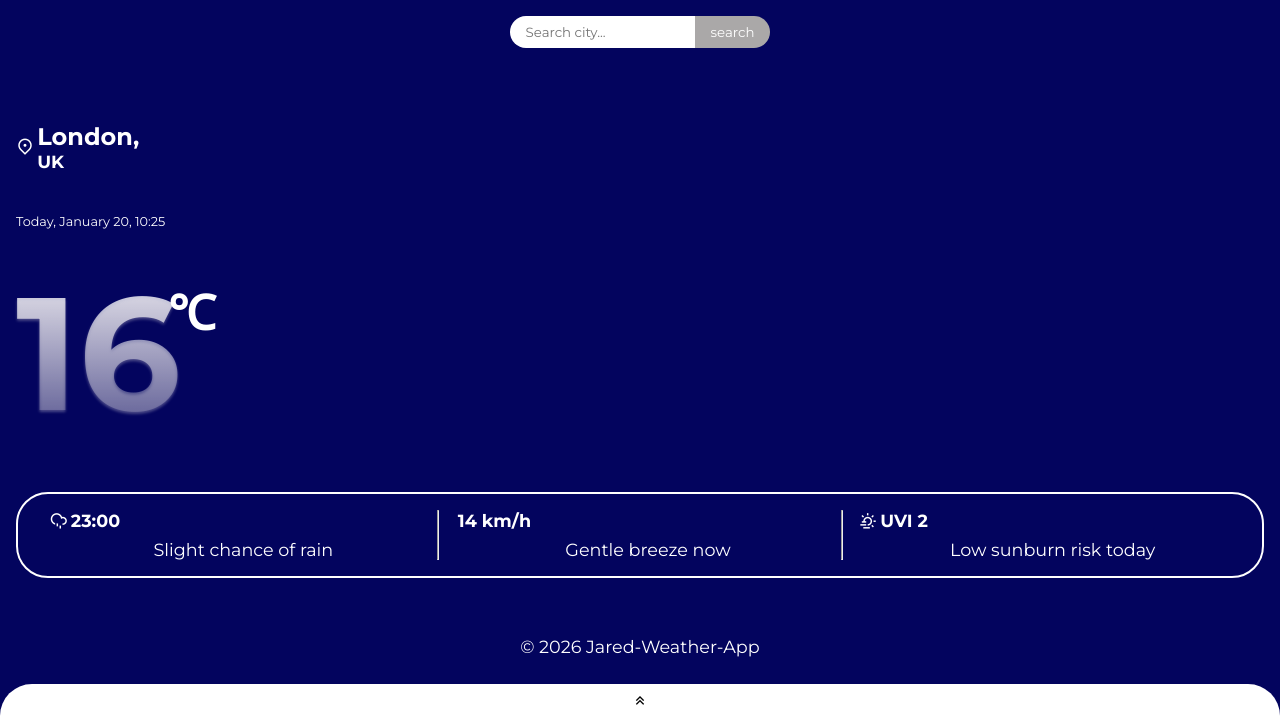
Repository: EguJaredoBoyd/Jared-Weather-App
Page: main.html
These files come from the project's save history. The page is drawn as it stood at one moment and after the next save; the edit follows.
The browser window is 1280 px wide. The pictures show the whole page.
Some icons come from a web library that is not loaded, so they are not drawn. Some web libraries are served in a nearby version.

Above is the page before, as saved 2026-02-04 18:01:08.

### main.html
<!doctype html>
<html lang="en">
  <head>
    <meta charset="UTF-8" />
    <meta name="viewport" content="width=device-width, initial-scale=1.0" />
    <link rel="preconnect" href="https://fonts.googleapis.com" />
    <link rel="preconnect" href="https://fonts.gstatic.com" crossorigin />
    <link
      href="https://fonts.googleapis.com/css2?family=Montserrat:ital,wght@0,100..900;1,100..900&display=swap"
      rel="stylesheet"
    />
    <link
      href="https://cdn.jsdelivr.net/npm/remixicon@4.8.0/fonts/remixicon.css"
      rel="stylesheet"
    />
    <link rel="stylesheet" href="./css/styles.css" />
    <script src="./js/main.js" defer></script>
    <script src="./js/weather.js" defer></script>
    <title>Jared-Weather-App</title>
  </head>
  <body class="weather-app">
    <div class="weather-app__container">
      <header>
        <div class="search-place">
          <input
            type="text"
            placeholder="Search city..."
            aria-label="Search city"
            id="search-input"
          />
          <button id="search-button">search</button>
        </div>
      </header>
      <main>
        <section class="current-weather">
          <div class="place-searched">
            <i class="ri-map-pin-2-line"></i>
            <div class="place-name">
              <h3 class="city-name">London,</h3>
              <h3 id="country-name">UK</h3>
            </div>
          </div>
          <div class="date-today">
            <time datetime="2026-01-20T10:25">Today, January 20, 10:25</time>
          </div>
          <div class="place-temperature">
            <span class="place-temperature__measure"><h3>16</h3></span>
            <span class="place-temperature__degree"><h3>℃</h3></span>
          </div>
          <div class="place-forecast">
            <article class="forecast-item forecast-item--weather">
              <div>
                <span><i class="ri-drizzle-line"></i></span>
                <time datetime="23:00"> <h4>23:00</h4></time>
              </div>
              <p>Slight chance of rain</p>
            </article>
            <hr />

            <article class="forecast-item forecast-item--wind">
              <div>
                <span><i class="ri-arrow-right-up-long-line"></i></span>
                <h4>14 km/h</h4>
              </div>
              <p>Gentle breeze now</p>
            </article>
            <hr />

            <article class="forecast-item forecast-item--uv">
              <div>
                <span><i class="ri-sun-foggy-line"></i></span>
                <h4>UVI 2</h4>
              </div>
              <p>Low sunburn risk today</p>
            </article>
          </div>
        </section>
        <section class="swipe-section" aria-hidden="true" id="swipe-section">
          <!-- Slide for the hourly and daily forecast -->
          <button class="sheet-handle" id="sheet-handle" aria-expanded="false">
            <i class="ri-arrow-up-double-line" id="icon-handle"></i>
          </button>

          <div class="swipe-forecast">
            <!-- Hourly Forecast -->
            <article class="sheet-card hourly-forecast">
              <h4>Hourly Forecast</h4>

              <ul class="hourly-list">
                <li class="hour">
                  <time datetime="2026-01-27T13:00">1 PM</time>
                  <img src="" alt="Cloudy weather" />
                  <span class="temp">18°</span>
                </li>
              </ul>
            </article>

            <!-- 7-Day Forecast -->
            <article class="sheet-card daily-forecast">
              <h4>7-Day Forecast</h4>

              <ul class="daily-list">
                <li class="day">
                  <span class="day-name">Mon</span>
                  <img src="" alt="Rainy weather" />
                  <span class="temp-range">16° / 22°</span>
                </li>
              </ul>
            </article>

            <!-- Weather Metrics -->
            <article class="sheet-card weather-metrics">
              <h4>Weather Details</h4>

              <dl class="metrics-grid">
                <div class="metric">
                  <dt>Wind</dt>
                  <dd>14 km/h</dd>
                </div>

                <div class="metric">
                  <dt>Humidity</dt>
                  <dd>62%</dd>
                </div>

                <div class="metric">
                  <dt>Pressure</dt>
                  <dd>1013 hPa</dd>
                </div>
              </dl>
            </article>

            <!-- Sun Times -->
            <article class="sheet-card sun-times">
              <h4>Sun</h4>

              <dl class="sun-grid">
                <div>
                  <dt>Sunrise</dt>
                  <dd>
                    <time datetime="2026-01-27T06:34">6:34 AM</time>
                  </dd>
                </div>

                <div>
                  <dt>Sunset</dt>
                  <dd>
                    <time datetime="2026-01-27T18:52">6:52 PM</time>
                  </dd>
                </div>
              </dl>
            </article>
          </div>
        </section>
      </main>
      <footer>
        <div><p>&copy; 2026 Jared-Weather-App</p></div>
      </footer>
    </div>
  </body>
</html>

### css/styles.css
/* ==== CSS RESET ==== */
*,
*::before,
*::after {
  margin: 0;
  padding: 0;
  box-sizing: border-box;
  /* outline: 1px solid red; */
}

:root {
  --background-color: #03045e;
  --text-color: white;
  --font: "Montserrat", sans-serif;
}

html {
  font-size: 16px;
  height: 100%;
}

body {
  background-color: var(--background-color);
  color: var(--text-color);
  height: 100%;
  font-family: var(--font);
}

h1,
h2,
h3,
h4,
h5,
h6 {
  font-size: clamp(0.5rem, 3vw, 1.1rem);
}

p {
  font-size: clamp(0.5rem, 2.5vw, 1.1rem);
}

.weather-app__container {
  display: flex;
  flex-direction: column;
  min-height: 100dvh;
}

.search-place {
  display: flex;
  justify-content: center;
  padding: 1rem;
}

.search-place input {
  padding: 0.5rem 1rem;
  border: none;
  border-bottom-left-radius: 1rem;
  border-top-left-radius: 1rem;
  font-family: var(--font);
  outline: none;
}

.search-place button {
  border: none;
  border-top-right-radius: 1rem;
  border-bottom-right-radius: 1rem;
  padding: 0.5rem 1rem;
  font-family: var(--font);
  margin-left: -1rem;
  background: rgb(170, 168, 168);
  color: var(--text-color);
}

main {
  display: flex;
  flex-direction: column;
  padding: 1rem;
}

.current-weather {
  display: flex;
  flex-direction: column;
  justify-content: space-evenly;
  /* row-gap: clamp(2.5rem, 2.5vw, 5rem); */
  min-height: 75dvh;
}

.place-searched {
  display: flex;
  align-items: center;
  column-gap: 0.2rem;
  font-size: large;
}

.place-time {
  display: flex;
  background-color: red;
}

.city-name {
  font-size: clamp(0.5rem, 6vw, 1.5rem);
}

.date-today {
  font-size: clamp(0.5rem, 3vw, 0.8rem);
}

.place-temperature {
  display: flex;
  align-items: center;
  position: relative;
  margin-top: -1rem;
}

.place-temperature__measure h3 {
  font-size: clamp(5rem, 38vw, 10rem);
  background: linear-gradient(to bottom, white, var(--background-color));
  -webkit-background-clip: text;
  background-clip: text;
  -webkit-text-fill-color: transparent;
  text-shadow: 0 2px 3px rgba(243, 235, 235, 0.3);
}

.place-temperature__degree h3 {
  font-size: clamp(1.5rem, 20vw, 3rem);
  position: absolute;
  top: 1.5rem;
  left: clamp(4rem, 40vw, 9.5rem);
}

.place-forecast {
  display: flex;
  justify-content: center;
  border: 2px solid white;
  border-radius: 2rem;
  padding: 1rem;
}

.forecast-item {
  padding-left: 1rem;
  width: 100%;
  max-width: 100%;
}

.forecast-item div {
  display: flex;
  column-gap: 0.2rem;
  margin-bottom: 0.5rem;
  font-size: clamp(0.5rem, 3vw, 1.1rem);
}

.forecast-item p {
  font-size: clamp(0.5rem, 2.5vw, 1.1rem);
  text-align: center;
}

/* Swipe section styles */

.swipe-section {
  position: fixed;
  min-height: 100dvh;
  top: 95%;
  right: 0;
  left: 0;
  transition: transform 2s ease;
  background-color: var(--text-color);
  color: var(--background-color);
  border-radius: 2rem;
}

.swipe-section.is-open {
  transform: translateY(-80%);
}

.no-scroll {
  overflow: hidden;
}

.swipe-section button {
  margin: 0.5rem auto;
  display: flex;
  justify-self: center;
  background: none;
  border: none;
}

.swipe-section button i {
  font-size: 1rem;
}

.swipe-forecast {
  display: grid;
  grid-template-columns: repeat(3, 1fr);
  gap: 2rem;
}

.sheet-card {
  font-size: clamp(0.5rem, 2.5vw, 1.1rem);
  padding: 1rem;
}

.sheet-card ul {
  list-style-position: inside;
}

footer div p {
  text-align: center;
}

### js/main.js
//Target all the buttons necessary
const swipeSection = document.getElementById("swipe-section");
const sheetHandle = document.getElementById("sheet-handle");
const iconHandle = document.getElementById("icon-handle");

//Create a function to handle swipe
function handleSwipe() {
  sheetHandle.addEventListener("click", () => {
    const isOpen = swipeSection.classList.toggle("is-open");

    //Add accessibilty and optimization
    swipeSection.setAttribute("aria-hidden", !isOpen);
    sheetHandle.setAttribute("aria-expanded", isOpen);

    //Statement to switch icons
    iconHandle.className = isOpen
      ? "ri-arrow-down-double-line"
      : "ri-arrow-up-double-line";

    //Add a class to handle the scroll
    document.body.classList.toggle("no-scroll");
  });
}

handleSwipe();

### js/weather.js
//My API key 56d08a907c0260865bb8f620502bfcbf
const WEATHER_API_KEY = "56d08a907c0260865bb8f620502bfcbf";

//Target my button and search input for city
const searchInput = document.getElementById("search-input");
const searchButton = document.getElementById("search-button");

//Target The innerHTMLs for manipulation
const cityName = document.querySelector(".city-name");
const countryName = document.getElementById("country-name");

//Create function to ask for weather app
async function fetchWeather(city) {
  try {
    const apiResponse = await fetch(
      `https://api.openweathermap.org/data/2.5/forecast?q=${city}&units=metric&appid=${WEATHER_API_KEY}`,
    );

    const apiData = await apiResponse.json();
    console.log(apiData);

    const countryDataDisplay = apiData.city;
    const weatherDataDisplay = apiData.list[0];

    const cityDate = apiData.list[0];

    //Display the country
    console.log(countryDataDisplay.name);
    console.log(countryDataDisplay.country);

    //Display the date of the city
    const currentDateTime = cityDate.dt * 1000;
    const date = new Date(currentDateTime);
    const timeZone = apiData.city.timezone * 1000;
    const localDate = Date.now();

    console.log(
      date.toLocaleDateString("en-GB", {
        weekday: "short",
        month: "short",
        day: "numeric",
      }),
    );

    console.log(localDate.toLocaleString("en-GB"));

    console.log(apiData.list[0].main.temp);
    console.log(apiData.list[0].weather[0].description);
  } catch (error) {
    console.error(error.message);
  }
}

//Search for city
searchButton.addEventListener("click", () => {
  const city = searchInput.value.trim();
  if (!city) return;

  fetchWeather(city);
});

After the next save:
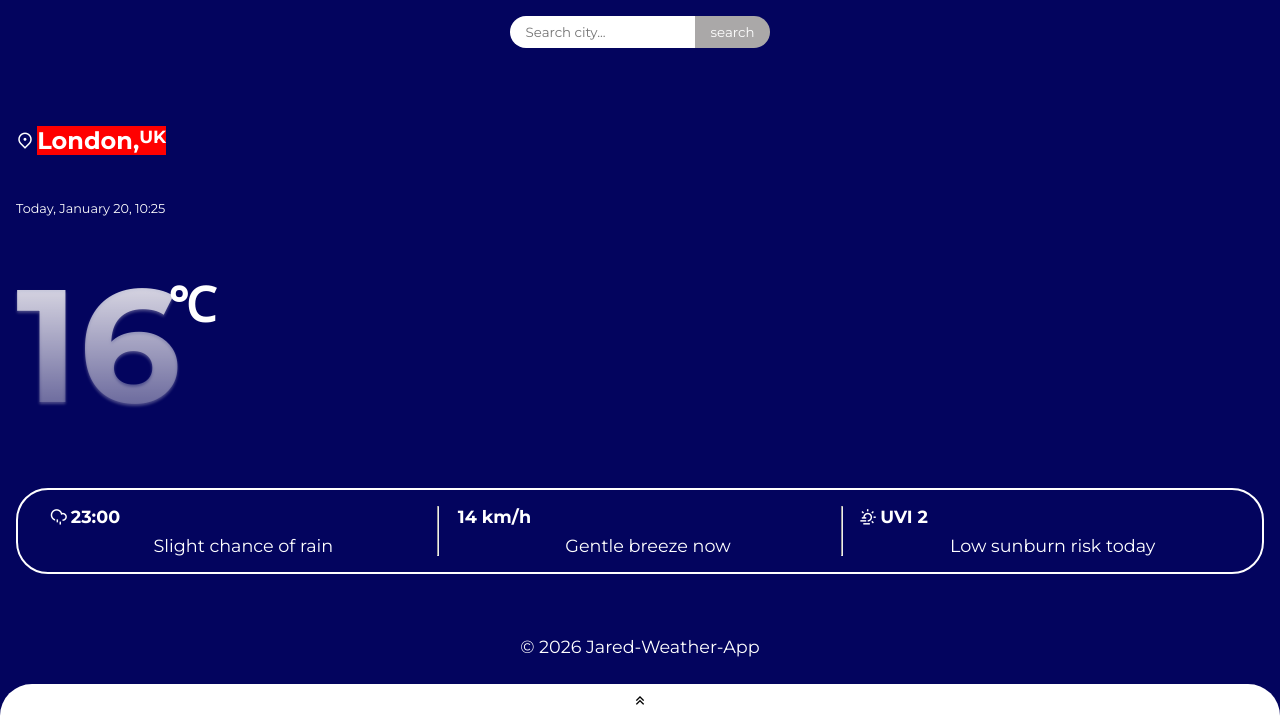
Saved 29 s later.
--- a/css/styles.css
+++ b/css/styles.css
@@ -92,7 +92,7 @@ main {
   font-size: large;
 }
 
-.place-time {
+.place-name {
   display: flex;
   background-color: red;
 }
